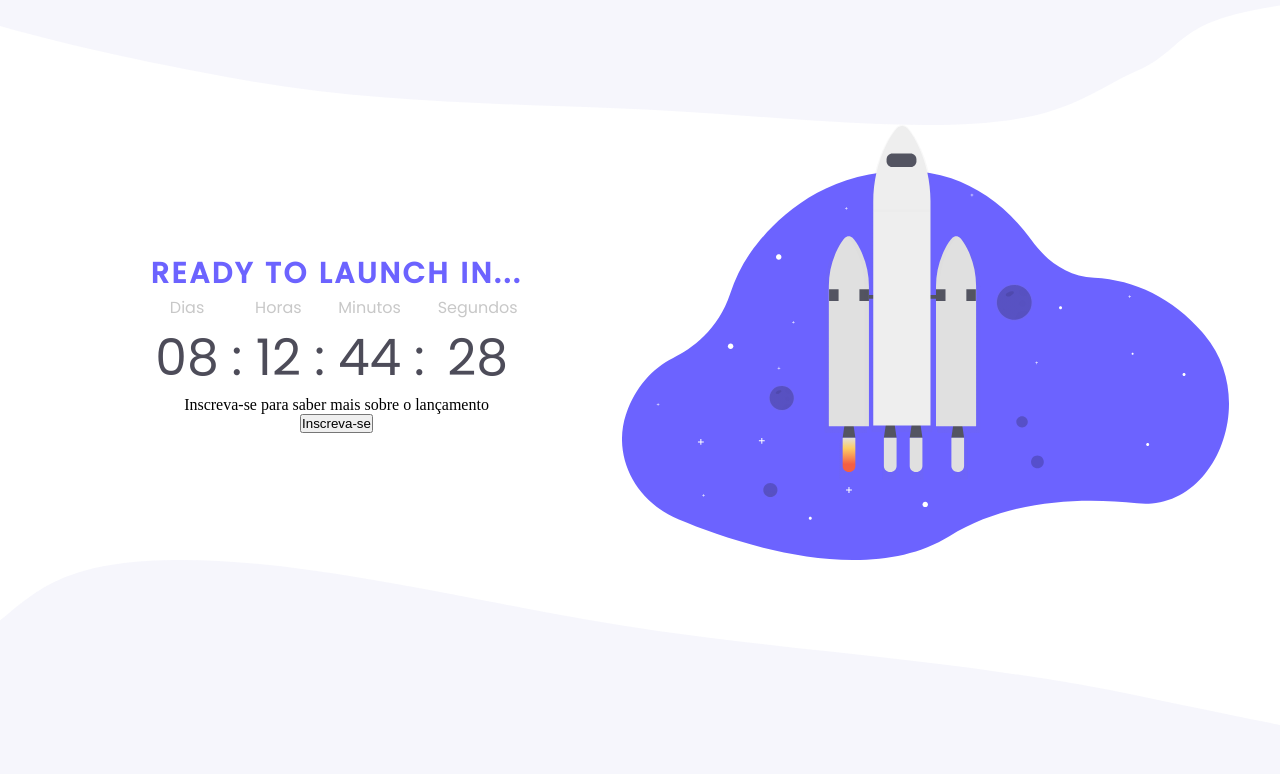
Repository: BrunoBross/countdown
Page: index.html
These files come from the project's save history. The page is drawn as it stood at one moment and after the next save; the edit follows.
The browser window is 1280 px wide. The pictures show the whole page.

Above is the page before, as saved 2021-11-30 01:01:27.

After the next save:
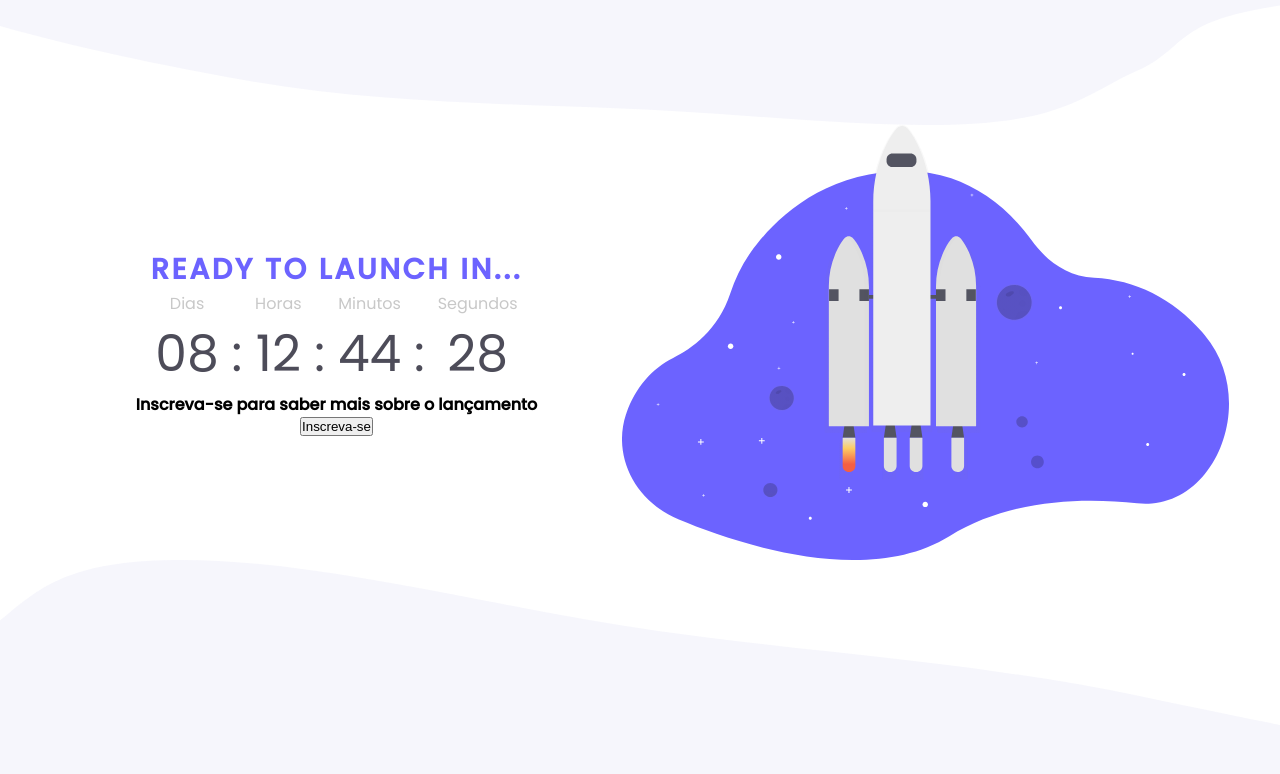
Saved 29 s later.
--- a/style.css
+++ b/style.css
@@ -64,3 +64,8 @@ body{
   font-size: 4vh;
   letter-spacing: 0.2vw;
 }
+
+.content > p{
+  font-family: 'Poppins', 'sans-serif';
+  font-weight: 700;
+}
